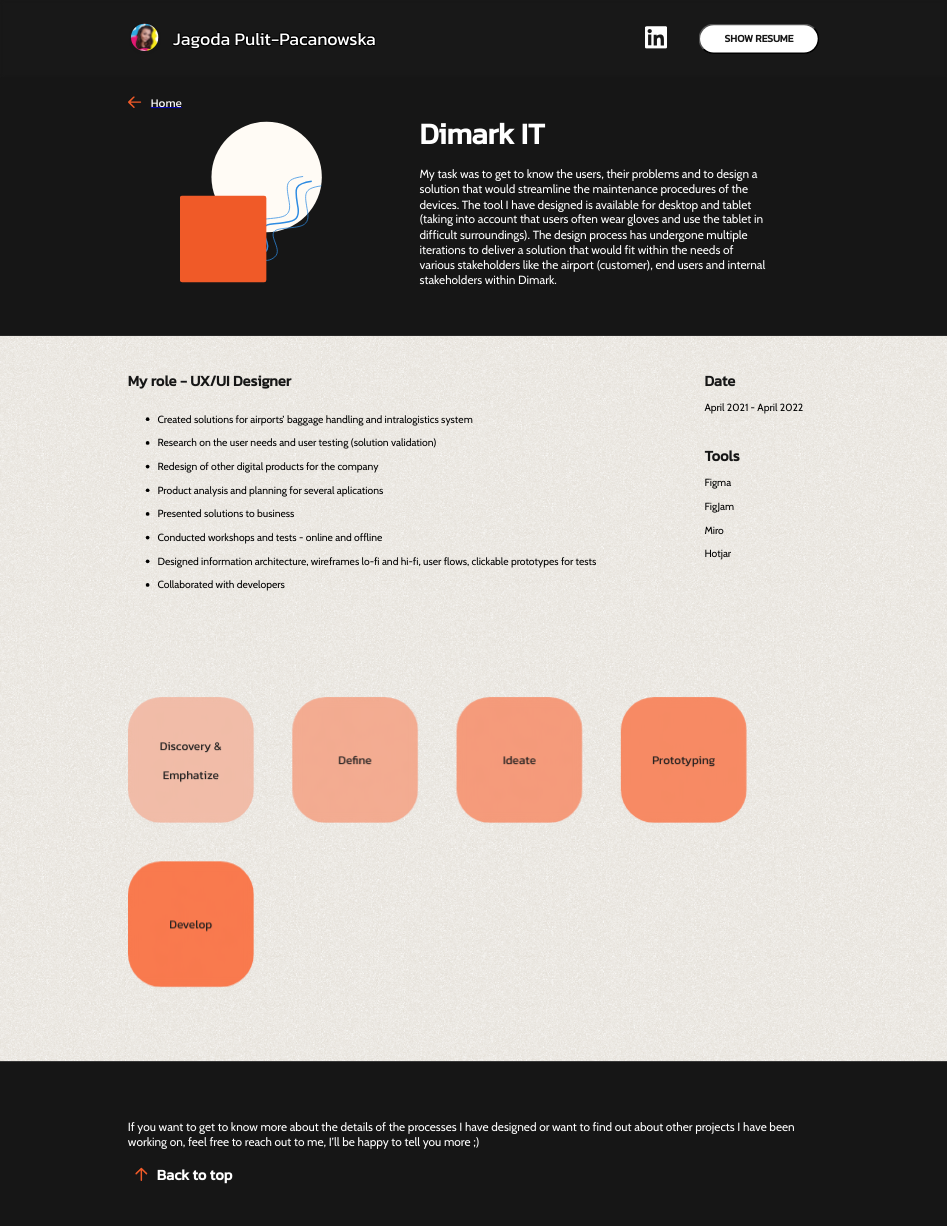
Repository: remigiuszpulit/ux-ui-portfolio
Page: /dimarkit
These files come from the project's save history. The page is drawn as it stood at one moment and after the next save; the edit follows.
The browser window is 1280 px wide. The pictures show the whole page, at 74% of full size.
The project was rebuilt for these pictures with package versions that can differ from the ones it lists, and the page was loaded fresh each time. Also part of the build but not shown: src/components/Card.js, src/pages/index.js.

Above is the page before, as saved 2022-10-03 22:43:29.

### public/index.html
<!DOCTYPE html>
<html lang="en">
  <head>
    <meta charset="utf-8" />
    <link rel="icon" href="%PUBLIC_URL%/avatar.svg" />
    <meta name="viewport" content="width=device-width, initial-scale=1" />
    <meta name="theme-color" content="#000000" />
    <meta
      name="description"
      content="Web site created using create-react-app"
    />
    <link rel="apple-touch-icon" href="%PUBLIC_URL%/avatar.svg" />
    <!--
      manifest.json provides metadata used when your web app is installed on a
      user's mobile device or desktop. See https://developers.google.com/web/fundamentals/web-app-manifest/
    -->
    <link rel="manifest" href="%PUBLIC_URL%/manifest.json" />
    <!--
      Notice the use of %PUBLIC_URL% in the tags above.
      It will be replaced with the URL of the `public` folder during the build.
      Only files inside the `public` folder can be referenced from the HTML.

      Unlike "/favicon.ico" or "favicon.ico", "%PUBLIC_URL%/favicon.ico" will
      work correctly both with client-side routing and a non-root public URL.
      Learn how to configure a non-root public URL by running `npm run build`.
    -->
    <title>Jagoda Pulit UX/UI Portfolio</title>
  </head>
  <body>
    <noscript>You need to enable JavaScript to run this app.</noscript>
    <div id="root"></div>
    <!--
      This HTML file is a template.
      If you open it directly in the browser, you will see an empty page.

      You can add webfonts, meta tags, or analytics to this file.
      The build step will place the bundled scripts into the <body> tag.

      To begin the development, run `npm start` or `yarn start`.
      To create a production bundle, use `npm run build` or `yarn build`.
    -->
  </body>
</html>

### src/index.js
import React from "react";
import ReactDOM from "react-dom/client";
import "./index.css";
import App from "./App";
import reportWebVitals from "./reportWebVitals";

const root = ReactDOM.createRoot(document.getElementById("root"));
root.render(
  // <React.StrictMode>
  <App />
  // </React.StrictMode> */
);

// If you want to start measuring performance in your app, pass a function
// to log results (for example: reportWebVitals(console.log))
// or send to an analytics endpoint. Learn more: https://bit.ly/CRA-vitals
reportWebVitals();

### src/App.js
import { BrowserRouter, Routes, Route, useLocation } from "react-router-dom";
import Navbar from "./components/Navbar";
import GlobalStyle from "./globalStyles";
import Index from "./pages";
import Dimark from "./pages/dimark";

function App() {
  return (
    <>
      <GlobalStyle />
      <BrowserRouter>
        <Navbar />
        <Routes>
          <Route path="/" element={<Index />} />
          <Route path="/dimarkit" element={<Dimark />} />
        </Routes>
      </BrowserRouter>
    </>
  );
}

export default App;

### src/components/Navbar.js
import React from "react";
import styled from "styled-components";
import avatar from "../static/avatar.svg";
import LinkedinIcon from "../static/LinkedinIcon.svg";
import LinkedinIconWhite from "../static/LinkedinIconWhite.svg";
import "@fontsource/kanit";
import { useLocation } from "react-router-dom";

function Navbar() {
  const location = useLocation();
  const isLight = location.pathname != "/";
  return (
    <NavContainer>
      <NavWrapper>
        <ItemsWrapper>
          <img src={avatar} alt="Avatar" />
          <LogoText isLight={isLight}>Jagoda Pulit-Pacanowska</LogoText>
        </ItemsWrapper>
        <ItemsWrapper>
          <a
            href="https://www.linkedin.com/in/jagoda-pulit/"
            target={"_blank"}
            rel="noreferrer"
          >
            <img
              src={isLight ? LinkedinIconWhite : LinkedinIcon}
              alt="LinkedinIcon"
            />
          </a>
          <ResumeButton isLight={isLight}>
            <ResumeButtonText isLight={isLight}>show resume</ResumeButtonText>
          </ResumeButton>
        </ItemsWrapper>
      </NavWrapper>
    </NavContainer>
  );
}

export default Navbar;

const NavContainer = styled.nav`
  height: 105px;
  background: rgba(232, 228, 222, 0.01);
  backdrop-filter: blur(3px);
  position: fixed;
  display: flex;
  width: 100%;
  z-index: 500;
  justify-content: center;
`;

const NavWrapper = styled.div`
  width: 73%;
  display: flex;
  justify-content: center;
  align-items: center;
  flex-direction: column;
  @media (min-width: 768px) {
    justify-content: space-between;
    flex-direction: row;
    width: 73%;
  }
`;
const ItemsWrapper = styled.div`
  display: flex;
  align-items: center;
`;
const LogoText = styled.h3`
  margin-left: 16px;
  font-family: "Kanit";

  font-style: normal;
  font-weight: 500;
  font-size: 16px;
  @media (min-width: 768px) {
    font-size: 24px;
  }
  line-height: 124%;
  color: #161616;
  ${({ isLight }) =>
    isLight &&
    `
    text-shadow: -1px -1px 0 #000, 1px -1px 0 #000, -1px 1px 0 #000,
    1px 1px 0 #000;

    color: white;
  `}
`;

const ResumeButton = styled.button`
  display: flex;
  flex-direction: row;
  width: 163px;
  height: 41px;
  justify-content: center;
  margin-left: 42px;
  align-items: center;
  padding: 10px;
  background: #161616;
  border-radius: 159px;
  ${({ isLight }) =>
    isLight &&
    `
    background: white;
  `}
`;

const ResumeButtonText = styled.h4`
  font-family: "Kanit";
  font-style: normal;
  font-weight: 600;
  font-size: 14px;
  line-height: 21px;
  /* identical to box height */

  text-transform: uppercase;

  color: #ffffff;

  /* Inside auto layout */
  ${({ isLight }) =>
    isLight &&
    `
    color: #161616;
  `}

  flex: none;
  order: 0;
  flex-grow: 0;
`;

### src/globalStyles.js
import { createGlobalStyle } from "styled-components";

const GlobalStyle = createGlobalStyle`
  /*! normalize.css v8.0.1 | MIT License | github.com/necolas/normalize.css */

/* Document
   ========================================================================== */

/**
 * 1. Correct the line height in all browsers.
 * 2. Prevent adjustments of font size after orientation changes in iOS.
 */

html {
  line-height: 1.15; /* 1 */
  -webkit-text-size-adjust: 100%; /* 2 */
}

/* Sections
   ========================================================================== */

/**
 * Remove the margin in all browsers.
 */

body {
  margin: 0;
}


main {
  display: block;
}


h1 {
  font-size: 2em;
  margin: 0.67em 0;
}

/* Grouping content
   ========================================================================== */

/**
 * 1. Add the correct box sizing in Firefox.
 * 2. Show the overflow in Edge and IE.
 */

hr {
  box-sizing: content-box; /* 1 */
  height: 0; /* 1 */
  overflow: visible; /* 2 */
}



pre {
  font-family: monospace, monospace; /* 1 */
  font-size: 1em; /* 2 */
}

/* Text-level semantics
   ========================================================================== */

/**
 * Remove the gray background on active links in IE 10.
 */

a {
  background-color: transparent;
}

/**
 * 1. Remove the bottom border in Chrome 57-
 * 2. Add the correct text decoration in Chrome, Edge, IE, Opera, and Safari.
 */

abbr[title] {
  border-bottom: none; /* 1 */
  text-decoration: underline; /* 2 */
  text-decoration: underline dotted; /* 2 */
}

/**
 * Add the correct font weight in Chrome, Edge, and Safari.
 */

b,
strong {
  font-weight: bolder;
}


code,
kbd,
samp {
  font-family: monospace, monospace; /* 1 */
  font-size: 1em; /* 2 */
}

/**
 * Add the correct font size in all browsers.
 */

small {
  font-size: 80%;
}



sub,
sup {
  font-size: 75%;
  line-height: 0;
  position: relative;
  vertical-align: baseline;
}

sub {
  bottom: -0.25em;
}

sup {
  top: -0.5em;
}

/* Embedded content
   ========================================================================== */

/**
 * Remove the border on images inside links in IE 10.
 */

img {
  border-style: none;
}

/* Forms
   ========================================================================== */

/**
 * 1. Change the font styles in all browsers.
 * 2. Remove the margin in Firefox and Safari.
 */

button,
input,
optgroup,
select,
textarea {
  font-family: inherit; /* 1 */
  font-size: 100%; /* 1 */
  line-height: 1.15; /* 1 */
  margin: 0; /* 2 */
}

/**
 * Show the overflow in IE.
 * 1. Show the overflow in Edge.
 */

button,
input { /* 1 */
  overflow: visible;
}

/**
 * Remove the inheritance of text transform in Edge, Firefox, and IE.
 * 1. Remove the inheritance of text transform in Firefox.
 */

button,
select { /* 1 */
  text-transform: none;
}

/**
 * Correct the inability to style clickable types in iOS and Safari.
 */

button,
[type="button"],
[type="reset"],
[type="submit"] {
  -webkit-appearance: button;
}

/**
 * Remove the inner border and padding in Firefox.
 */

button::-moz-focus-inner,
[type="button"]::-moz-focus-inner,
[type="reset"]::-moz-focus-inner,
[type="submit"]::-moz-focus-inner {
  border-style: none;
  padding: 0;
}

/**
 * Restore the focus styles unset by the previous rule.
 */

button:-moz-focusring,
[type="button"]:-moz-focusring,
[type="reset"]:-moz-focusring,
[type="submit"]:-moz-focusring {
  outline: 1px dotted ButtonText;
}

/**
 * Correct the padding in Firefox.
 */

fieldset {
  padding: 0.35em 0.75em 0.625em;
}



legend {
  box-sizing: border-box; /* 1 */
  color: inherit; /* 2 */
  display: table; /* 1 */
  max-width: 100%; /* 1 */
  padding: 0; /* 3 */
  white-space: normal; /* 1 */
}

/**
 * Add the correct vertical alignment in Chrome, Firefox, and Opera.
 */

progress {
  vertical-align: baseline;
}

/**
 * Remove the default vertical scrollbar in IE 10+.
 */

textarea {
  overflow: auto;
}

/**
 * 1. Add the correct box sizing in IE 10.
 * 2. Remove the padding in IE 10.
 */

[type="checkbox"],
[type="radio"] {
  box-sizing: border-box; /* 1 */
  padding: 0; /* 2 */
}

/**
 * Correct the cursor style of increment and decrement buttons in Chrome.
 */

[type="number"]::-webkit-inner-spin-button,
[type="number"]::-webkit-outer-spin-button {
  height: auto;
}

/**
 * 1. Correct the odd appearance in Chrome and Safari.
 * 2. Correct the outline style in Safari.
 */

[type="search"] {
  -webkit-appearance: textfield; /* 1 */
  outline-offset: -2px; /* 2 */
}

/**
 * Remove the inner padding in Chrome and Safari on macOS.
 */

[type="search"]::-webkit-search-decoration {
  -webkit-appearance: none;
}



::-webkit-file-upload-button {
  -webkit-appearance: button; /* 1 */
  font: inherit; /* 2 */
}

/* Interactive
   ========================================================================== */

/*
 * Add the correct display in Edge, IE 10+, and Firefox.
 */

details {
  display: block;
}

/*
 * Add the correct display in all browsers.
 */

summary {
  display: list-item;
}

/* Misc
   ========================================================================== */

/**
 * Add the correct display in IE 10+.
 */

template {
  display: none;
}

/**
 * Add the correct display in IE 10.
 */

[hidden] {
  display: none;
}

`;

export default GlobalStyle;

### src/pages/dimark.js
import React from "react";
import styled from "styled-components";
import grafika_dimark from "../static/grafika_dimark.svg";
import PageLayout from "../components/PageLayout";
import Pill from "../components/dimark/Pill";

const headParagraph =
  "My task was to get to know the users, their problems and to design a solution that would streamline the maintenance procedures of the devices. The tool I have designed is available for desktop and tablet (taking into account that users often wear gloves and use the tablet in difficult surroundings). The design process has undergone multiple iterations to deliver a solution that would fit within the needs of various stakeholders like the airport (customer), end users and internal stakeholders within Dimark.";

function Dimark() {
  return (
    <>
      <PageLayout
        color={"#F05A28"}
        logo={grafika_dimark}
        head={"Dimark IT"}
        par={headParagraph}
      >
        <FlexContainer style={{ marginBottom: "120px" }}>
          <ColumnContainer>
            <Title3>My role - UX/UI Designer</Title3>
            <ul>
              <StyledListItem>
                Created solutions for airports’ baggage handling and
                intralogistics system
              </StyledListItem>
              <StyledListItem>
                Research on the user needs and user testing (solution
                validation)
              </StyledListItem>
              <StyledListItem>
                Redesign of other digital products for the company
              </StyledListItem>
              <StyledListItem>
                Product analysis and planning for several aplications
              </StyledListItem>
              <StyledListItem>Presented solutions to business</StyledListItem>
              <StyledListItem>
                Conducted workshops and tests - online and offline
              </StyledListItem>
              <StyledListItem>
                Designed information architecture, wireframes lo-fi and hi-fi,
                user flows, clickable prototypes for tests
              </StyledListItem>
              <StyledListItem>Collaborated with developers</StyledListItem>
            </ul>
          </ColumnContainer>
          <ColumnContainer>
            <Title3>Date</Title3>
            <TextListStyle style={{ marginBottom: "30px" }}>
              April 2021 - April 2022
            </TextListStyle>
            <Title3>Tools</Title3>
            <TextListStyle>Figma</TextListStyle>
            <TextListStyle>FigJam</TextListStyle>
            <TextListStyle>Miro</TextListStyle>
            <TextListStyle>Hotjar</TextListStyle>
          </ColumnContainer>
        </FlexContainer>
        <CenterContainer>
          <FlexWrapContainer>
            <Pill opacity={0.26} text={"Discovery & Emphatize"} />
            <Pill opacity={0.36} text={"Define"} />
            <Pill opacity={0.46} text={"Ideate"} />
            <Pill opacity={0.56} text={"Prototyping"} />
            <Pill opacity={0.66} text={"Develop"} />
          </FlexWrapContainer>
        </CenterContainer>
      </PageLayout>
    </>
  );
}

export default Dimark;

const ColumnContainer = styled.div`
  display: flex;
  flex-direction: column;
`;

const CenterContainer = styled.div`
  display: flex;
  justify-content: center;
`;

const FlexWrapContainer = styled.div`
  display: flex;
  gap: 26px;
  flex-wrap: wrap;
  justify-content: center;
  @media (min-width: 992px) {
    gap: 52px;
    justify-content: flex-start;
  }
`;

const FlexContainer = styled.div`
  display: flex;
  flex-direction: column;
  @media (min-width: 992px) {
    flex-direction: row;
    gap: 146px;
  }
`;

const Title3 = styled.h3`
  font-family: "Kanit";
  font-style: normal;
  font-weight: 700;
  font-size: 20px;
  margin: unset;
  line-height: 40px;
  /* identical to box height, or 200% */

  /* Black */

  color: #161616;
`;
const StyledListItem = styled.li`
  font-family: "Cabin";
  font-style: normal;
  font-weight: 400;
  font-size: 14px;
  margin: unset;
  line-height: 32px;
  /* or 229% */

  color: #000000;
`;

const TextListStyle = styled.p`
  font-family: "Cabin";
  font-style: normal;
  font-weight: 400;
  font-size: 14px;
  line-height: 32px;
  margin: unset;
  /* or 229% */

  color: #000000;
`;

### src/components/PageLayout.js
import React, { useRef } from "react";
import styled from "styled-components";
import BackgroundLight from "../static/BackgroundLight.png";
import PageHead from "../components/PageHead";
import Footer from "./Footer";

function PageLayout({ color, logo, head, par, children }) {
  const ref = useRef(null);
  return (
    <>
      <PageHead ref={ref} color={color} logo={logo} head={head} par={par} />
      <Page>
        <Container>{children}</Container>
      </Page>
      <Footer color={color} to={ref.current} />
    </>
  );
}

export default PageLayout;
const Page = styled.div`
  display: flex;
  justify-content: center;
  background-image: url(${BackgroundLight});
`;

const Container = styled.div`
  width: 73%;
  padding-top: 40px;
  padding-bottom: 100px;
`;

### src/components/dimark/Pill.js
import React from "react";
import styled from "styled-components";

function Pill({ opacity, text }) {
  const color = `rgba(255, 64, 0, ${opacity})`;

  return (
    <Box style={{ background: color }}>
      <Text>{text}</Text>
    </Box>
  );
}

export default Pill;

const Box = styled.div`
  display: flex;
  flex-direction: column;
  justify-content: center;
  align-items: center;
  padding: 35px;
  width: 100px;
  height: 100px;
  gap: 10px;
  z-index: 0;
  backdrop-filter: blur(5.5px);
  /* Note: backdrop-filter has minimal browser support */

  border-radius: 45px;
`;

const Text = styled.p`
  font-family: "Kanit";
  font-style: normal;
  font-weight: 500;
  font-size: 16px;
  line-height: 40px;
  /* or 250% */

  text-align: center;

  color: #1c1c1c;

  /* Inside auto layout */

  flex: none;
  order: 0;
  flex-grow: 0;
`;

### src/components/PageHead.js
import React from "react";
import { Link } from "react-router-dom";
import styled from "styled-components";
import ArrowLeft from "./ArrowLeft";

const PageHead = React.forwardRef(({ color, logo, head, par }, ref) => (
  <Container ref={ref}>
    <Wrapper>
      <BackLink to={"/"}>
        <ArrowLeft color={color} />
        <BackLinkText>Home</BackLinkText>
      </BackLink>
      <HeadContainer>
        <HeadWrapper>
          <ImageContainer src={logo} />
          <TextContainer>
            <HeadText>{head}</HeadText>
            <HeadPar>{par}</HeadPar>
          </TextContainer>
        </HeadWrapper>
      </HeadContainer>
    </Wrapper>
  </Container>
));

export default PageHead;

const Container = styled.div`
  display: flex;
  justify-content: center;

  background-color: #161616;
  padding-top: 150px;
  @media (min-width: 768px) {
    padding-top: 105px;
  }
`;

const Wrapper = styled.div`
  padding-top: 21px;
  width: 73%;
  display: flex;
  flex-direction: column;
`;

const BackLink = styled(Link)`
  display: flex;
  align-items: center;
`;

const BackLinkText = styled.span`
  font-family: "Kanit";
  font-style: normal;
  font-weight: 300;
  font-size: 16px;
  line-height: 24px;
  text-decoration: none;
  margin-left: 13px;
  /* identical to box height */

  color: #ffffff;
`;

const HeadContainer = styled.div`
  display: flex;
  justify-content: center;
`;

const HeadWrapper = styled.div`
  width: 100%;
  display: flex;
  flex-direction: column-reverse;
  gap: 20px;
  margin-bottom: 24px;

  @media (min-width: 992px) {
    width: 85%;
    flex-direction: row;
    justify-content: center;
    gap: 100px;
    margin-bottom: 48px;
  }
`;

const ImageContainer = styled.img`
  max-height: 250px;
`;

const TextContainer = styled.div`
  display: flex;
  flex-direction: column;
  align-items: flex-start;
`;

const HeadText = styled.h1`
  font-family: "Kanit";
  font-style: normal;
  font-weight: 700;
  font-size: 40px;
  margin: unset;
  line-height: 60px;
  /* identical to box height */

  text-align: center;

  color: #ffffff;
`;

const HeadPar = styled.p`
  font-family: "Cabin";
  font-style: normal;
  font-weight: 500;
  font-size: 16px;
  line-height: 128%;
  max-width: 670px;
  /* or 20px */

  color: #ffffff;
`;

### src/components/Footer.js
import React from "react";
import styled from "styled-components";
import ArrowUp from "./ArrowUp";

function Footer({ color, to }) {
  return (
    <Container>
      <Wrapper>
        <Text>
          If you want to get to know more about the details of the processes I
          have designed or want to find out about other projects I have been
          working on, feel free to reach out to me, I’ll be happy to tell you
          more ;)
        </Text>
        <Button onClick={() => to?.scrollIntoView({ behavior: "smooth" })}>
          <ArrowUp color={color} />
          <ButtonText>Back to top</ButtonText>
        </Button>
      </Wrapper>
    </Container>
  );
}

export default Footer;

const Container = styled.div`
  background: #161616;
  padding-top: 64px;
  padding-bottom: 54px;
  display: flex;
  justify-content: center;
`;

const Wrapper = styled.div`
  width: 73%;
  display: flex;
  flex-direction: column;
`;

const Text = styled.p`
  font-family: "Cabin";
  font-style: normal;
  font-weight: 500;
  font-size: 16px;
  line-height: 128%;
  /* or 20px */

  color: #ffffff;
`;

const Button = styled.button`
  background: none;
  border: none;
  display: flex;
  align-items: center;
`;

const ButtonText = styled.span`
  font-family: "Kanit";
  font-style: normal;
  font-weight: 600;
  margin-left: 9px;
  font-size: 20px;
  line-height: 30px;
  /* identical to box height */

  color: #ffffff;
`;

### src/components/ArrowLeft.js
import React from "react";

function ArrowLeft({ color }) {
  return (
    <svg
      width="18"
      height="16"
      viewBox="0 0 18 16"
      fill="none"
      xmlns="http://www.w3.org/2000/svg"
    >
      <path
        d="M1 8L17 8M8 1L1 8L8 15"
        stroke={`${color}`}
        stroke-width="2"
        stroke-linecap="round"
        stroke-linejoin="round"
      />
    </svg>
  );
}

export default ArrowLeft;

### src/components/ArrowUp.js
import React from "react";

function ArrowUp({ color }) {
  return (
    <svg
      width="24"
      height="24"
      viewBox="0 0 24 24"
      fill="none"
      xmlns="http://www.w3.org/2000/svg"
    >
      <path
        d="M12 4L12 20M19 11L12 4L5 11"
        stroke={`${color}`}
        stroke-width="2"
        stroke-linecap="round"
        stroke-linejoin="round"
      />
    </svg>
  );
}

export default ArrowUp;

Loaded but not shown: src/index.css (common file); src/reportWebVitals.js (common file)

After the next save:
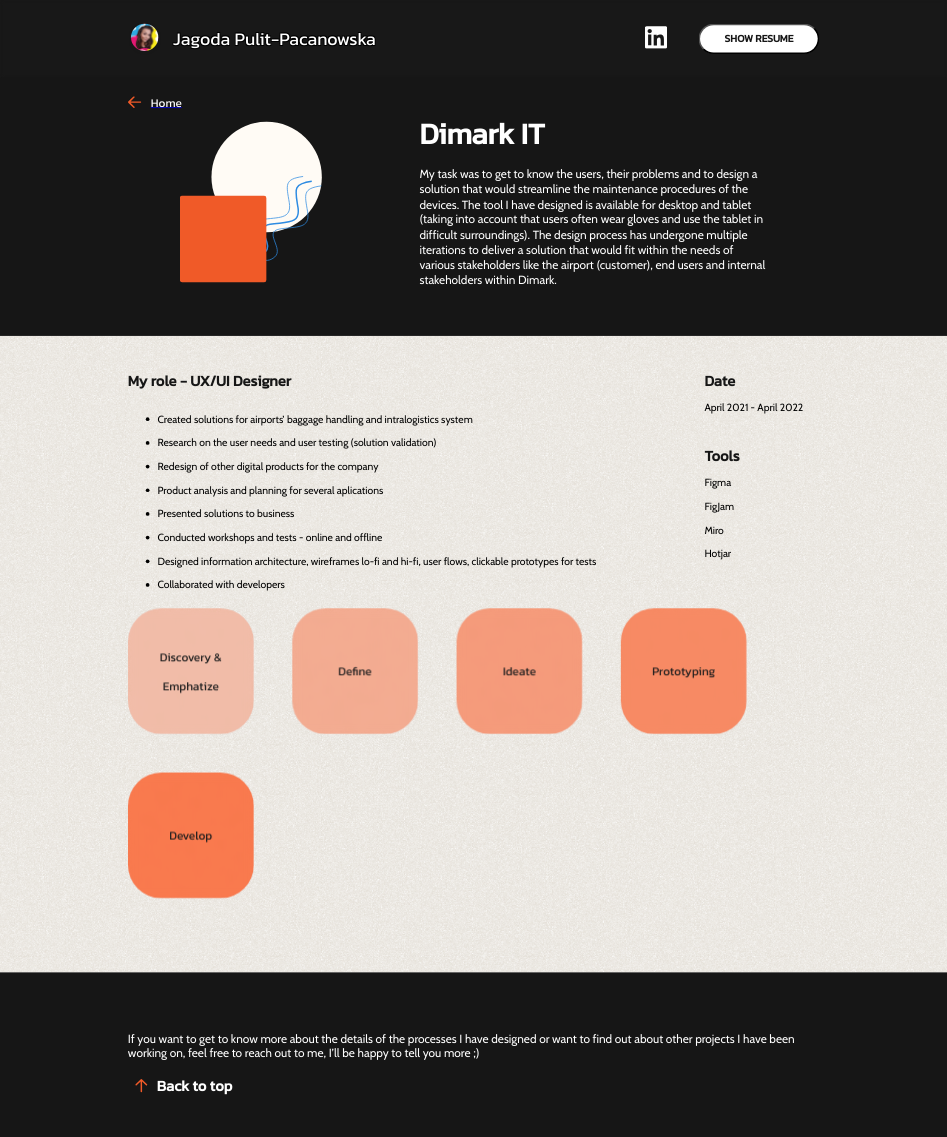
Saved 52 s later.
--- a/src/pages/dimark.js
+++ b/src/pages/dimark.js
@@ -16,7 +16,7 @@
         head={"Dimark IT"}
         par={headParagraph}
       >
-        <FlexContainer style={{ marginBottom: "120px" }}>
+        <FlexContainer>
           <ColumnContainer>
             <Title3>My role - UX/UI Designer</Title3>
             <ul>
